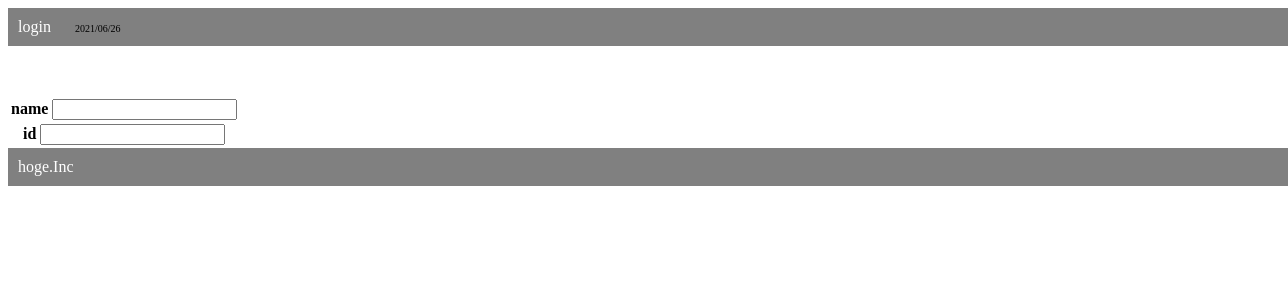
Repository: genki-iwai/curriculum
Page: http://localhost/Check3/
An editor plug-in stored every save of this project. The page is shown before and after the next save, followed by the edit.
The browser window is 1280 px wide. The page is 1288 px wide, so the pictures cover 1288 px, including what lies to the right of the window. The pictures show the whole page.
The page is served by Tomcat 9.

Above is the page before, as saved 2021-07-04 02:18:31.

### JavaStudy/Check3/WebContent/jspTest.jsp
<%@ page language="java" contentType="text/html; charset=UTF-8"
    pageEncoding="UTF-8"%>
<!DOCTYPE html PUBLIC "-//W3C//DTD HTML 4.01 Transitional//EN" "http://www.w3.org/TR/html4/loose.dtd">
<html>
<head>
<meta http-equiv="Content-Type" content="text/html; charset=UTF-8">
<link rel="styleSheet" href="css/style.css">
<title>Insert title here</title>
</head>
<body>
<div class="wrapper">

<div class="header"><%@ include file="header.jsp" %></div>
	<div class="main">
		<table>
			<tr>
				<th>name <input type = "text"></th>
			</tr>
			<tr>
				<th>id <input type = "text"></th>
			</tr>
		</table>
	</div>
</div>
<div class="footer"><%@ include file="footer.jsp" %></div>
</body>
</html>

### JavaStudy/Check3/WebContent/header.jsp
<%@ page language="java" contentType="text/html; charset=UTF-8"
    pageEncoding="UTF-8"%>
<%@ page import="java.util.*,java.text.SimpleDateFormat" %>
<!DOCTYPE html PUBLIC "-//W3C//DTD HTML 4.01 Transitional//EN" "http://www.w3.org/TR/html4/loose.dtd">
<html>
<head>
<meta http-equiv="Content-Type" content="text/html; charset=UTF-8">
<title>Insert title here</title>
</head>
<body>
	<div class="header">
		<label class="login">login</label>
		<label class="date">
			<% Date date = new Date();
				SimpleDateFormat sdf = new SimpleDateFormat("yyyy/MM/dd");
				String formatDate = sdf.format(date);
				out.print(formatDate);
			 %>
		</label>
	</div>
<!--  </body>
</html> -->

### JavaStudy/Check3/WebContent/footer.jsp
<%@ page language="java" contentType="text/html; charset=UTF-8"
    pageEncoding="UTF-8"%>
<!DOCTYPE html PUBLIC "-//W3C//DTD HTML 4.01 Transitional//EN" "http://www.w3.org/TR/html4/loose.dtd">
<html>
<head>
<meta http-equiv="Content-Type" content="text/html; charset=UTF-8">
<title>Insert title here</title>
</head>
<body>
	<div class="footer">
		<label class="footer-1">hoge.Inc</label>
	</div>

</body>
</html>

### JavaStudy/Check3/WebContent/css/style.css
@CHARSET "UTF-8";

body {
	width: 100%;
	height: 100%;
}
.wrapper {
	margin: 0 auto;
}

.header {
	background-color: gray;
}
.login {
	display: inline-block;
	padding: 10px;
	color: white;
}
.date {
	padding: 10px;
	font-size: 10px;
}
.main {
	padding-top: 50px;
}
.footer {
	background-color: gray;
}
.footer-1 {
	display: inline-block;
	padding: 10px;
	color: white;
}

After the next save:
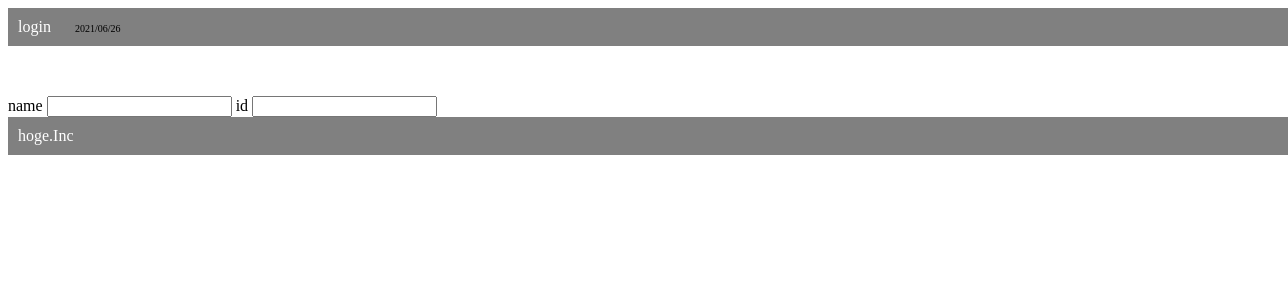
Saved 37 s later.
--- a/JavaStudy/Check3/WebContent/jspTest.jsp
+++ b/JavaStudy/Check3/WebContent/jspTest.jsp
@@ -12,14 +12,12 @@
 
 <div class="header"><%@ include file="header.jsp" %></div>
 	<div class="main">
-		<table>
 			<tr>
 				<th>name <input type = "text"></th>
 			</tr>
 			<tr>
 				<th>id <input type = "text"></th>
 			</tr>
-		</table>
 	</div>
 </div>
 <div class="footer"><%@ include file="footer.jsp" %></div>

After the 3 saves that followed:
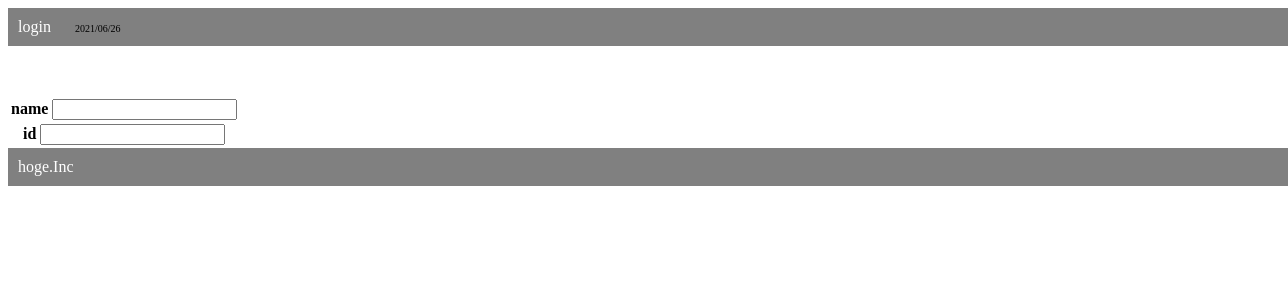
The 3 saves are shown as one change because 2 did not build or start.
The last was saved 117 s later.
--- a/JavaStudy/Check3/WebContent/jspTest.jsp
+++ b/JavaStudy/Check3/WebContent/jspTest.jsp
@@ -12,12 +12,14 @@
 
 <div class="header"><%@ include file="header.jsp" %></div>
 	<div class="main">
+		<table>
 			<tr>
 				<th>name <input type = "text"></th>
 			</tr>
 			<tr>
 				<th>id <input type = "text"></th>
 			</tr>
+		</table>
 	</div>
 </div>
 <div class="footer"><%@ include file="footer.jsp" %></div>
